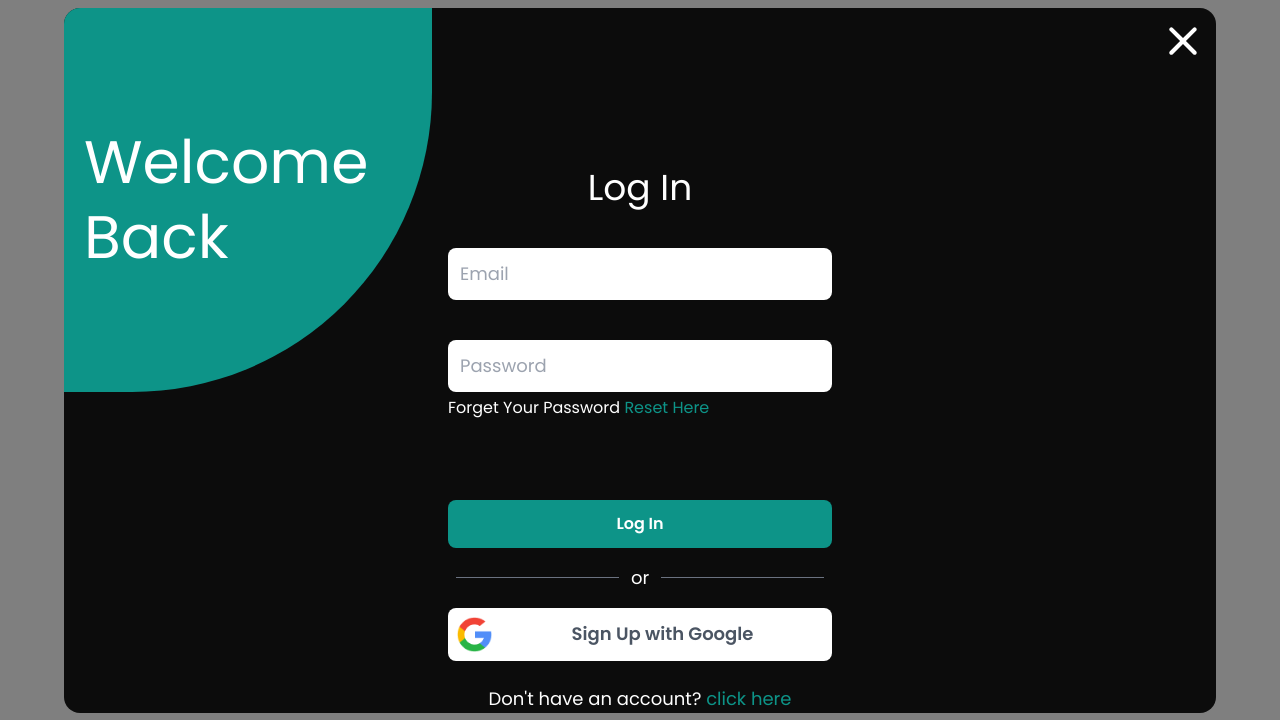
Repository: Ahmed77669/GT-Exams
Page: /
The author's editor kept a copy of each file at every save. The page is drawn from the files as they stood at one save, then again after the next save.
The browser window is 1280 px wide. The pictures show the whole page.
The project was rebuilt for these pictures with package versions that can differ from the ones it lists, and the page was loaded fresh each time. The framework's server and built-in components were replaced by stand-ins that run in the browser. Also part of the build but not shown: next.config.mjs.

Above is the page before, as saved 2024-10-04 21:24:11.

After the next save:
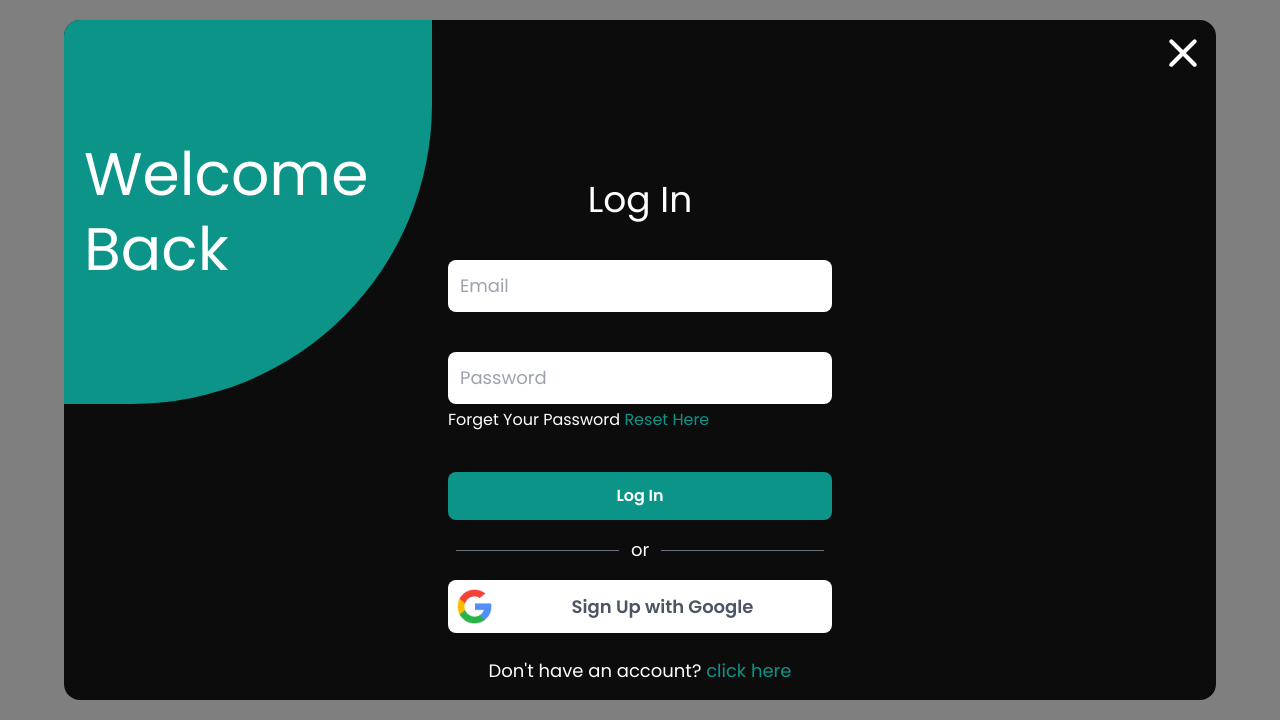
Saved 9 s later.
--- a/components/login.tsx
+++ b/components/login.tsx
@@ -61,7 +61,7 @@ const Login: React.FC<LoginProps> = ({ closeSignup, toggleForm }) => {
                     required
 
                   />
-                  <div className='flex justify-start w-full mb-20'>
+                  <div className='flex justify-start w-full mb-10'>
                                     <p className="text-m">
                     Forget Your Password{" "}
                     <span
